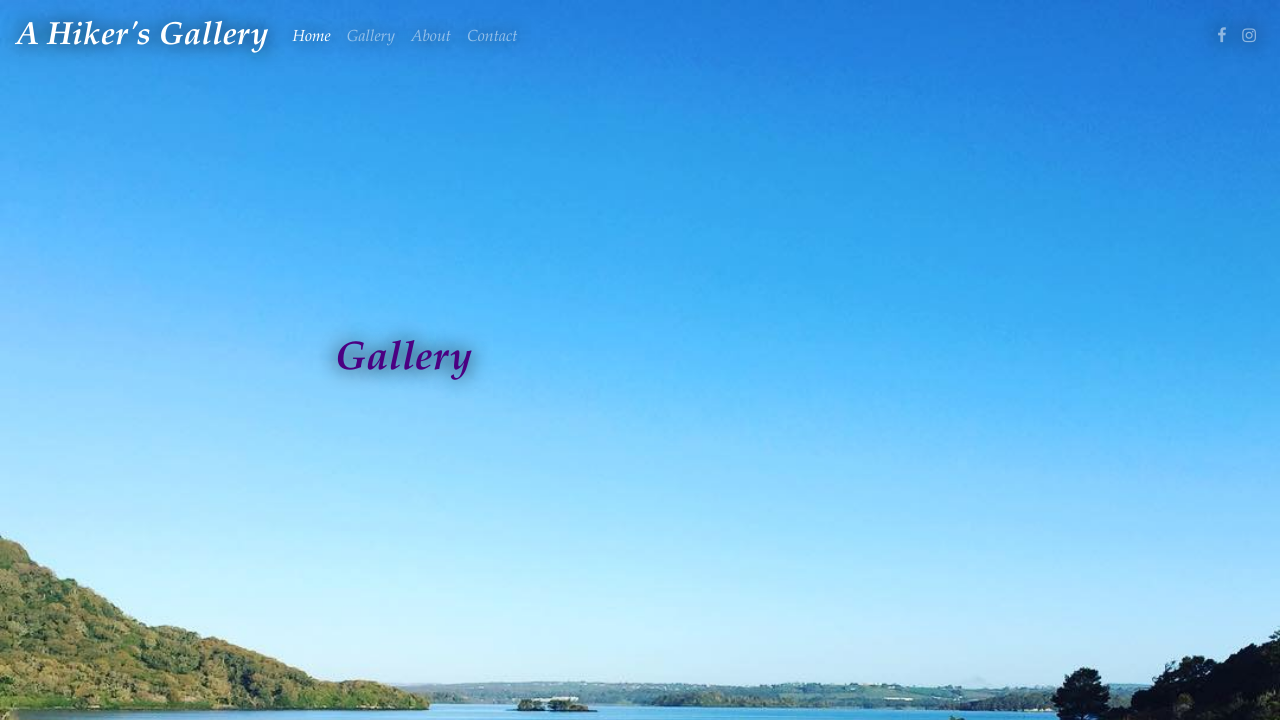
Repository: S-Perring/hiker
Page: index.html
The author's editor kept a record of every edit. The page is drawn from the files as they stood at one moment, then again after the next edit.
The browser window is 1280 px wide. The pictures show the whole page.

Above is the page before.

After the next edit:
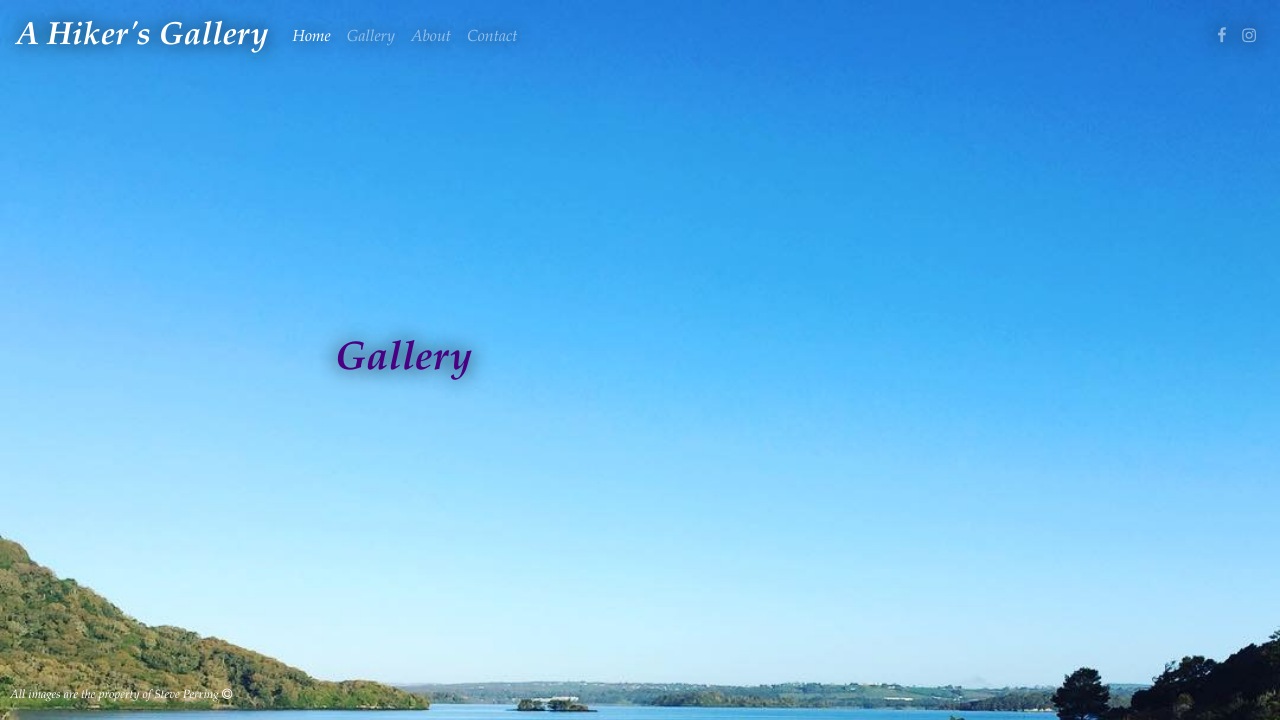
The edit:
--- a/index.html
+++ b/index.html
@@ -59,8 +59,8 @@
 
 </section>
 
-<footer>
-
+<footer class="fixed-bottom">
+   <p>All images are the property of Steve Perring  <i class="fa fa-copyright"></i></p>
 </footer>
 
 
